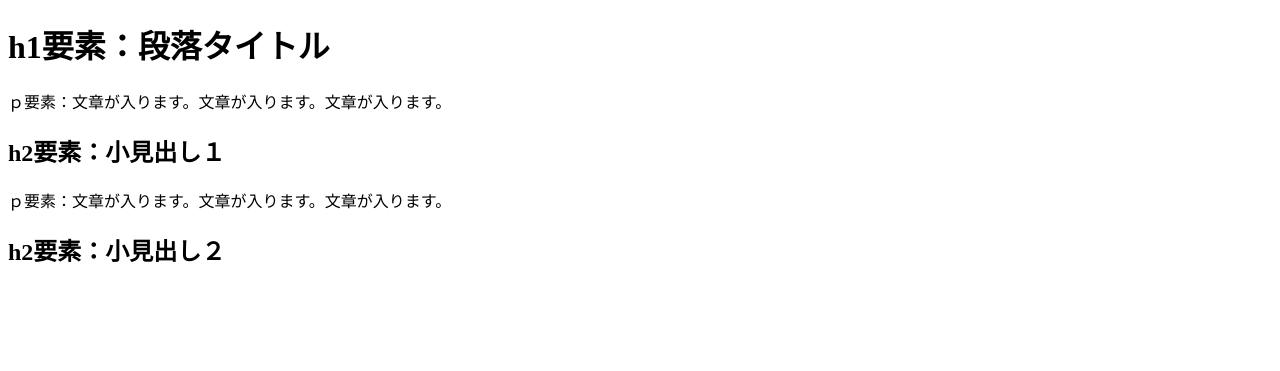
Repository: neomiyake/samurai_HTML-CSS
Page: 3章/index.html
The author's editor kept a record of every edit. The page is drawn from the files as they stood at one moment, then again after the next edit.
The browser window is 1280 px wide. The pictures show the whole page.

Above is the page before.

After the next edit:
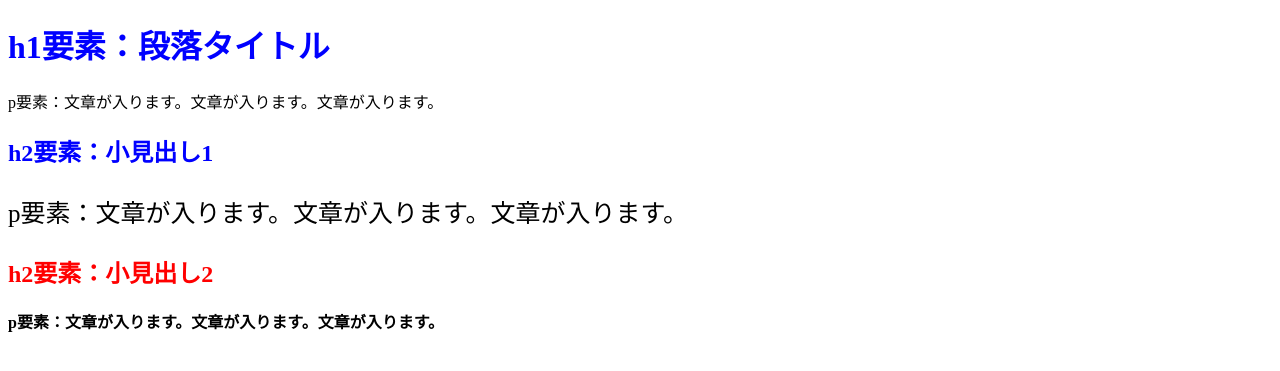
The edit:
--- a/3章/index.html
+++ b/3章/index.html
@@ -1,17 +1,21 @@
 <!DOCTYPE html>
 <html lang="ja">
-<head>
-  <meta charset="UTF-8">
-  <meta name="viewport" content="width=device-width, initial-scale=1.0">
-  <meta http-equiv="X-UA-Compatible" content="ie=edge">
-  <title>HTML/CSSの学習</title>
-</head>
-<body>
-  <h1>h1要素：段落タイトル</h1>
-  <p>ｐ要素：文章が入ります。文章が入ります。文章が入ります。</p>
-  <h2>h2要素：小見出し１</h2>
-  <p>ｐ要素：文章が入ります。文章が入ります。文章が入ります。</p>
-  <h2>h2要素：小見出し２</h2>
-  <p></p>
-</body>
-</html>
+  <head>
+    <meta charset="UTF-8">
+    <title>HTML/CSSの学習</title>
+    <!-- stylesheet.cssの読み込み -->
+    <link rel="stylesheet" href="stylesheet.css">
+  </head>
+  <body>
+    <h1 class="blue">h1要素：段落タイトル</h1>
+    <p>p要素：文章が入ります。文章が入ります。文章が入ります。</p>
+    <h2 class="blue">h2要素：小見出し1</h2>
+    <p class="fs-25">
+      p要素：文章が入ります。文章が入ります。文章が入ります。
+    </p>
+    <h2 id="red">h2要素：小見出し2</h2>
+    <p class="fw-bold">
+      p要素：文章が入ります。文章が入ります。文章が入ります。
+    </p>
+  </body>
+ </html>
